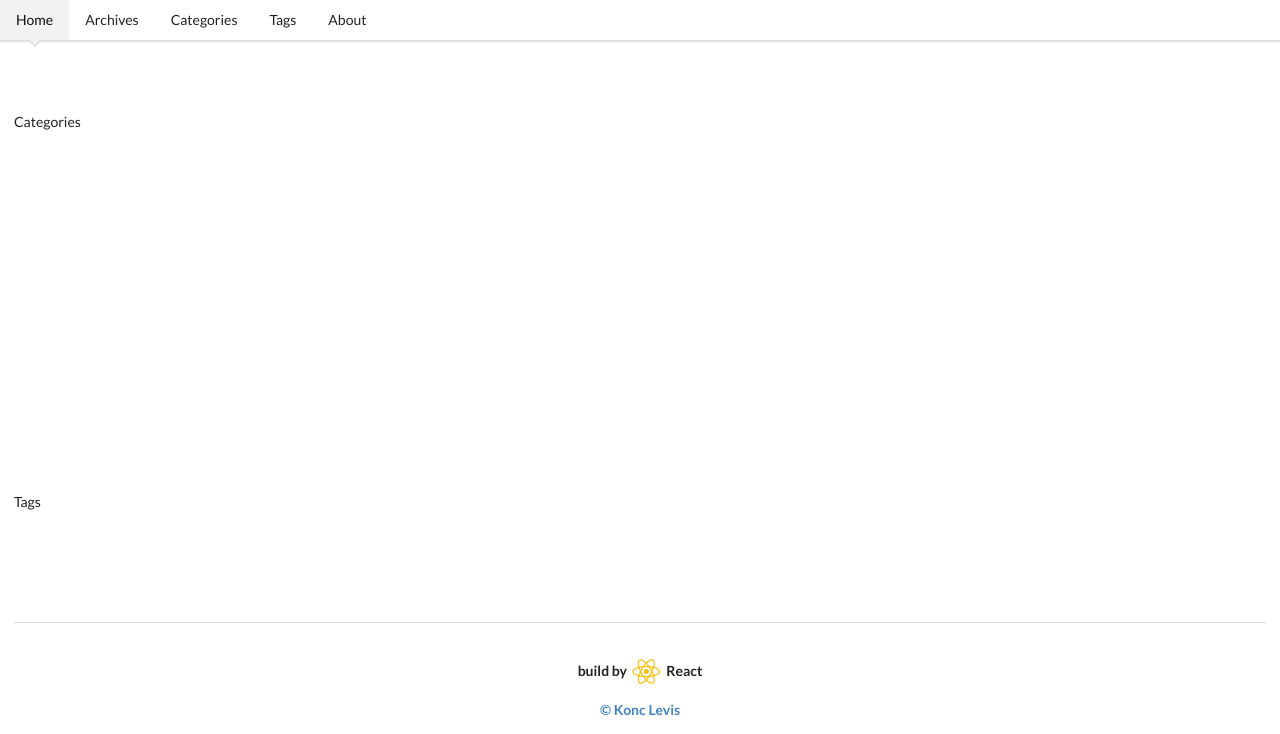
Repository: chu4j/my-spring-cloud-blog-frontend
Page: /
These files come from the project's save history. The page is drawn as it stood at one moment and after the next save; the edit follows.
The browser window is 1280 px wide. The pictures show the whole page.
The page's requests for data from a server got no answer. The project was rebuilt for these pictures with package versions that can differ from the ones it lists, and the page was loaded fresh each time. No one was signed in, and anything a server would have sent is missing. Also part of the build but not shown: src/components/Categories.jsx, src/components/FocusContent.jsx, src/css/App.css, src/components/owner/LoginForm.jsx, src/components/Tags.jsx, src/components/Timeline.jsx, src/components/TimelineHome.jsx.

Above is the page before, as saved 2021-02-24 12:46:29.

After the next save:
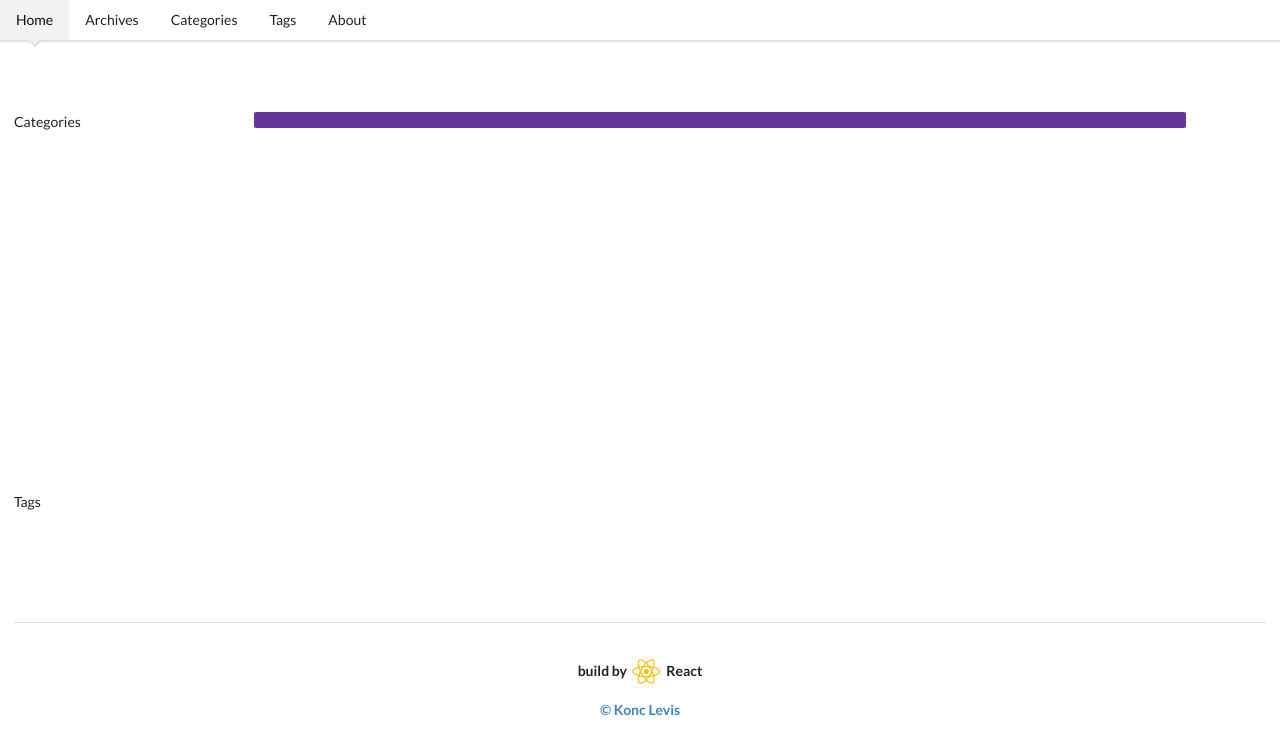
Saved 18 s later.
--- a/src/css/index.css
+++ b/src/css/index.css
@@ -14,6 +14,7 @@ code {
   border-radius: 2px;
   max-width: "540px";
   min-width: "540px";
+  background-color: rebeccapurple;
 }
 
 .post-title {
